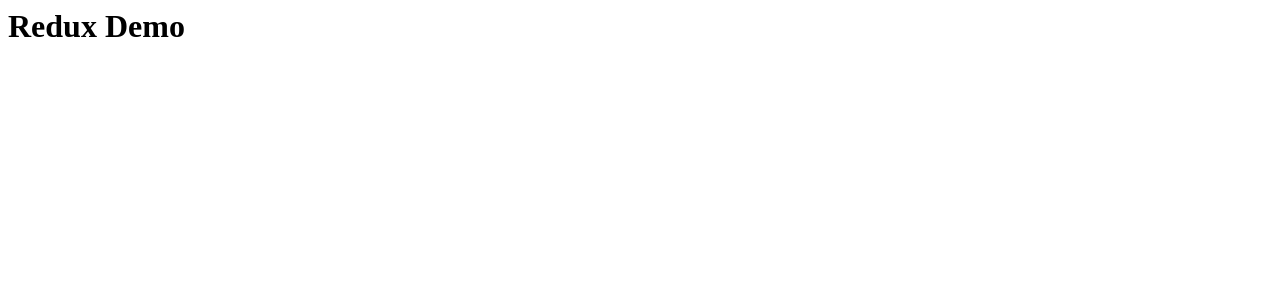
Repository: huynhnt1406/redux-course
Page: index.html
An editor plug-in stored every save of this project. The page is shown before and after the next save, followed by the edit.
The browser window is 1280 px wide. The pictures show the whole page.

Above is the page before, as saved 2021-05-03 20:45:21.

After the next save:
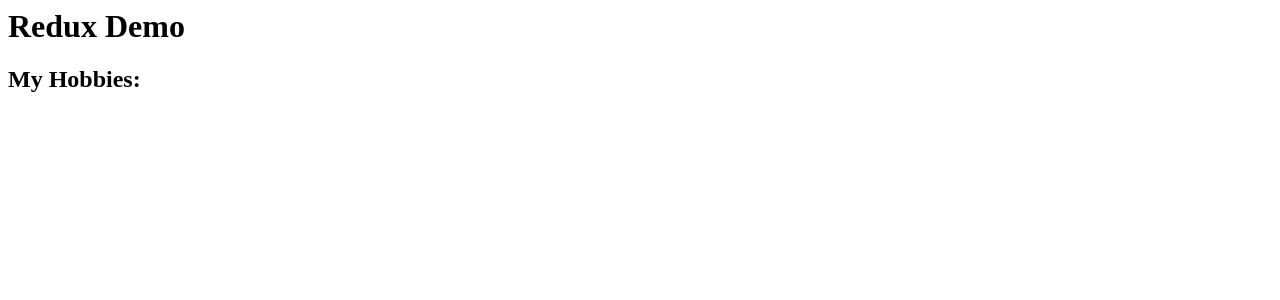
Saved 46 s later.
--- a/index.html
+++ b/index.html
@@ -7,6 +7,8 @@
 </head>
 <body>
     <h1>Redux Demo</h1>
+    <h2>My Hobbies:</h2>
+    <ul id="hobbyListId"></ul>
     <script src="https://unpkg.com/redux@4.0.5/dist/redux.js"></script>
     <script src="main.js"></script>
 </body>
